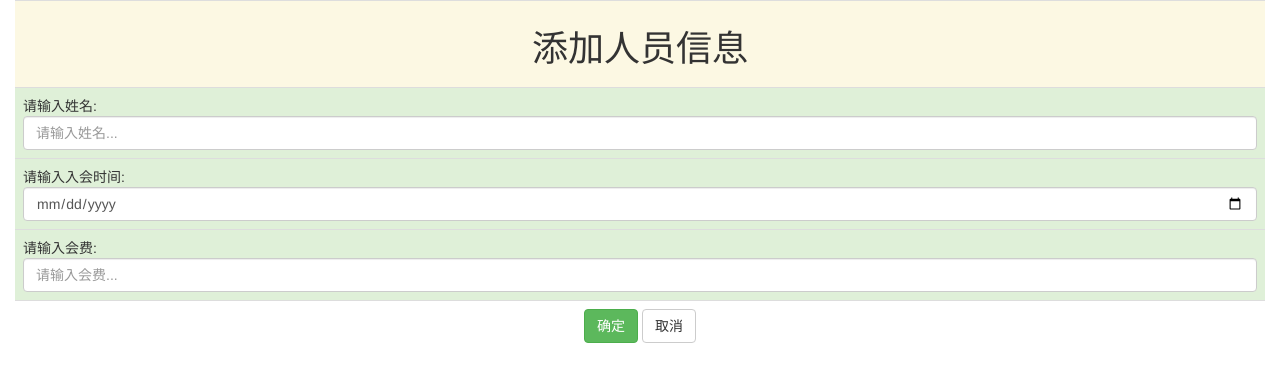
Repository: HelloChuang/HelloChuang-EclipseWorkSpace
Page: http://localhost/RetestSpringMVC_1/user_add.jsp
These files come from the project's save history. The page is drawn as it stood at one moment and after the next save; the edit follows.
The browser window is 1280 px wide. The pictures show the whole page.
The page is served by Tomcat 9. Nobody is signed in. The application's start-up code is not run. Other server files are loaded and not shown.

Above is the page before, as saved 2018-11-04 11:52:25.

### EclipseWorkSpace/RetestSpringMVC_1/src/main/webapp/user_add.jsp
<%@ page language="java" contentType="text/html; charset=UTF-8"
    pageEncoding="UTF-8"%>
<!DOCTYPE html>
<html>
<head>
<meta http-equiv="Content-Type" content="text/html; charset=UTF-8">
<link rel="stylesheet"type="text/css" href="${pageContext.request.contextPath}/css/bootstrap.min.css"/>
<script type="text/javascript" src="${pageContext.request.contextPath}/js/jquery-1.9.1.js"></script>
<script type="text/javascript" src="${pageContext.request.contextPath}/js/bootstrap.min.js"></script>



<link rel="stylesheet" type="text/css" href="${pageContext.request.contextPath}/css/bootstrap.min.css">
<script type="text/javascript" href="${pageContext.request.contextPath}/js/jquery-1.9.1.js"></script>
<script type="text/javascript" href="${pageContext.request.contextPath}/js/bootstrap.min.js"></script>
<title>添加人员</title>
</head>
<body>
		<form action="userAdd" method="post" class="col-xs-12">
			<table class="table table-hover">
				<tr class="warning" align="center"><td><h1>添加人员信息</h1></td></tr>
				<tr class="success">
				<td>请输入姓名:<input class="form-control" type="text" name="uname" required placeholder="请输入姓名..."/></td>
				</tr>
				<tr class="success">
				<td>请输入入会时间:<input class="form-control"type="date" name="uname" required placeholder="请输入入会时间..."/></td>
				</tr>
				<tr class="success">
				<td>请输入会费:<input class="form-control"type="number" name="uname" required placeholder="请输入会费..."/></td>
				</tr>
				<tr align="center">
					<td>
					<button type="submit"class="btn btn-success">确定</button>
					<button class="btn btn-default" type="reset" onclick="javascript:history.go(-1)">取消</button>
					</td>
				</tr>
			</table>
		</form>
</body>
</html>

Loaded but not shown: EclipseWorkSpace/RetestSpringMVC_1/src/main/webapp/css/bootstrap.min.css (library); EclipseWorkSpace/RetestSpringMVC_1/src/main/webapp/js/jquery-1.9.1.js (library); EclipseWorkSpace/RetestSpringMVC_1/src/main/webapp/js/bootstrap.min.js (library)

After the next save:
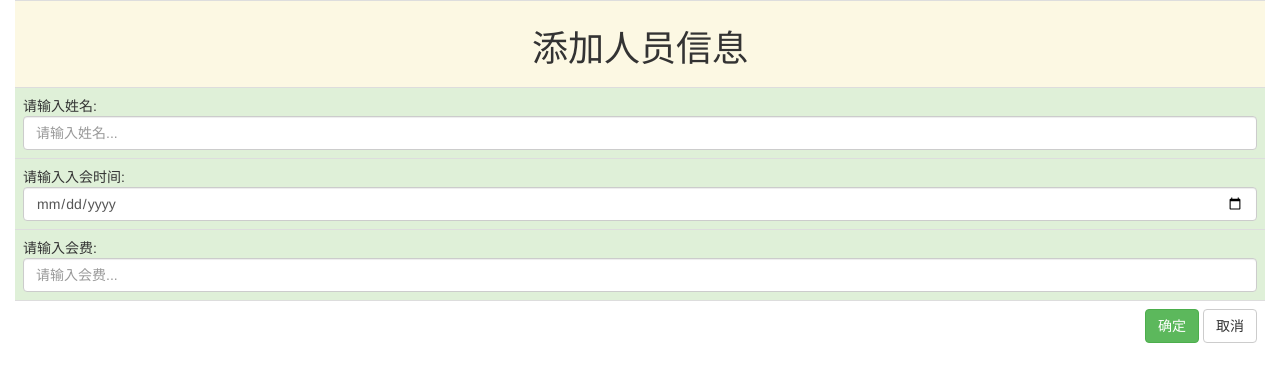
Saved 12 s later.
--- a/EclipseWorkSpace/RetestSpringMVC_1/src/main/webapp/user_add.jsp
+++ b/EclipseWorkSpace/RetestSpringMVC_1/src/main/webapp/user_add.jsp
@@ -28,7 +28,7 @@
 				<tr class="success">
 				<td>请输入会费:<input class="form-control"type="number" name="uname" required placeholder="请输入会费..."/></td>
 				</tr>
-				<tr align="center">
+				<tr align="right">
 					<td>
 					<button type="submit"class="btn btn-success">确定</button>
 					<button class="btn btn-default" type="reset" onclick="javascript:history.go(-1)">取消</button>

After the save that followed:
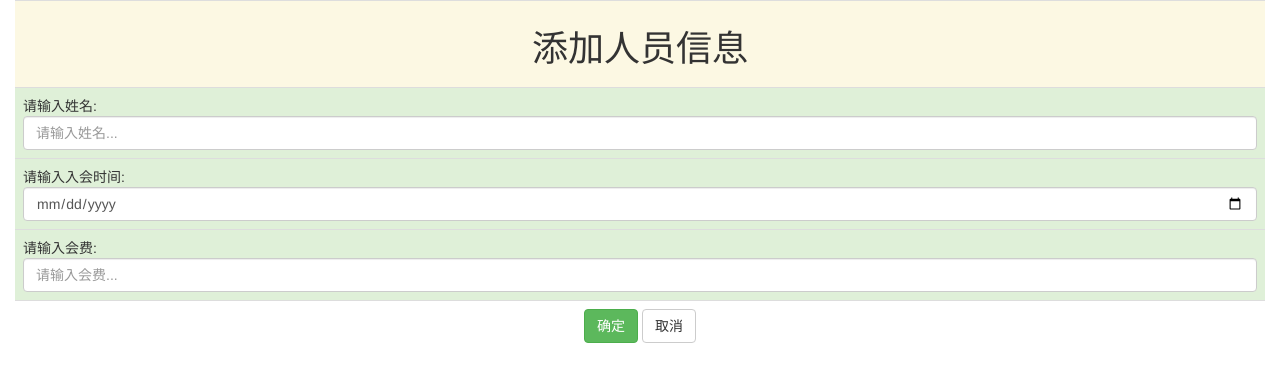
Saved 13 s later.
--- a/EclipseWorkSpace/RetestSpringMVC_1/src/main/webapp/user_add.jsp
+++ b/EclipseWorkSpace/RetestSpringMVC_1/src/main/webapp/user_add.jsp
@@ -28,7 +28,7 @@
 				<tr class="success">
 				<td>请输入会费:<input class="form-control"type="number" name="uname" required placeholder="请输入会费..."/></td>
 				</tr>
-				<tr align="right">
+				<tr align="center">
 					<td>
 					<button type="submit"class="btn btn-success">确定</button>
 					<button class="btn btn-default" type="reset" onclick="javascript:history.go(-1)">取消</button>
